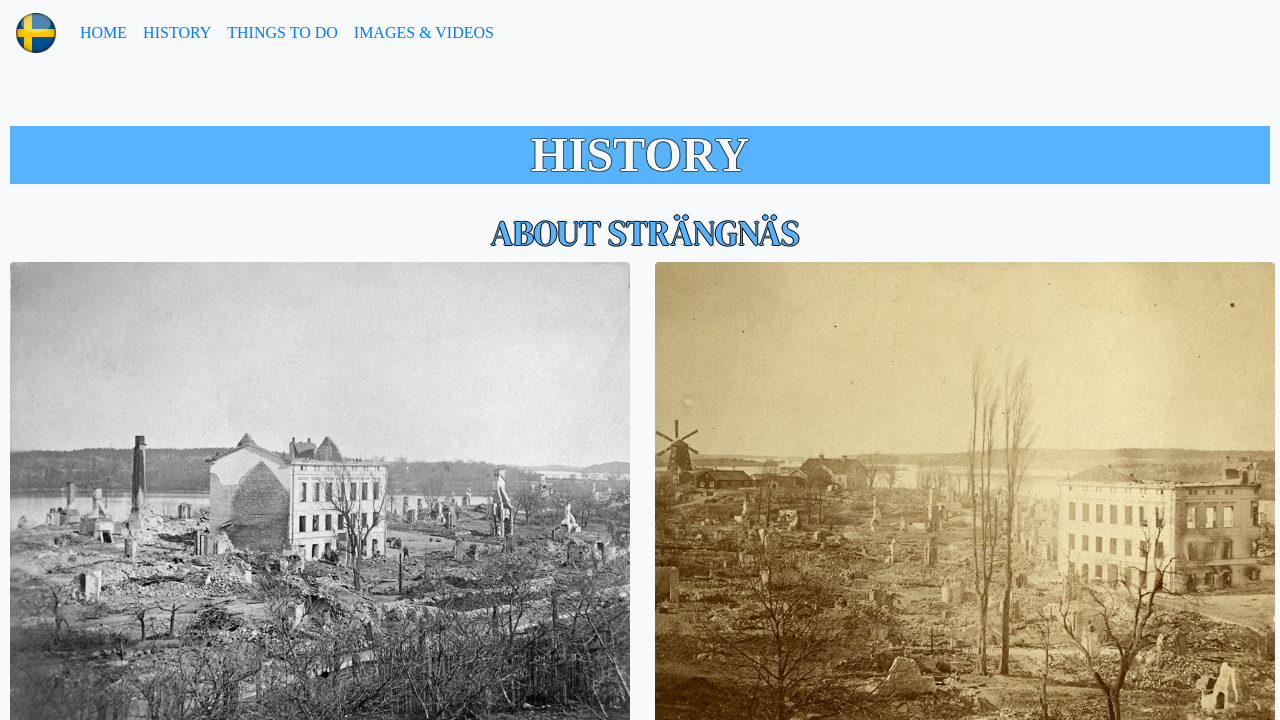
Repository: kososwede/first-project
Page: history.html
The author's editor kept a record of every edit. The page is drawn from the files as they stood at one moment, then again after the next edit.
The browser window is 1280 px wide. The pictures show the whole page.
An inner scrolling area shows only its first screen. Some web fonts or font styles are not loaded; a fallback is used.

Above is the page before.

After the next edit:
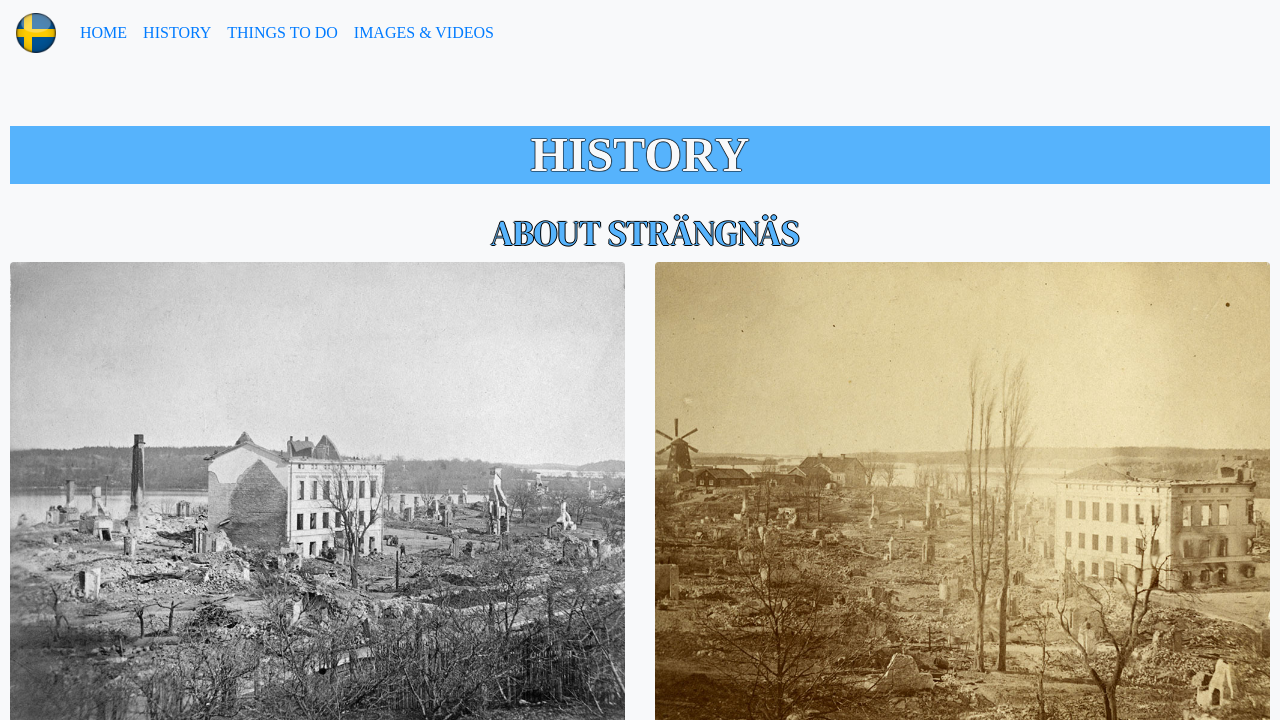
The edit:
--- a/assets/css/style.css
+++ b/assets/css/style.css
@@ -95,7 +95,8 @@
 
 
 
-.col-6 {
+.col-12 {
+    padding-top: 35px;
     padding-right: 10px;
     text-align: center;
 
